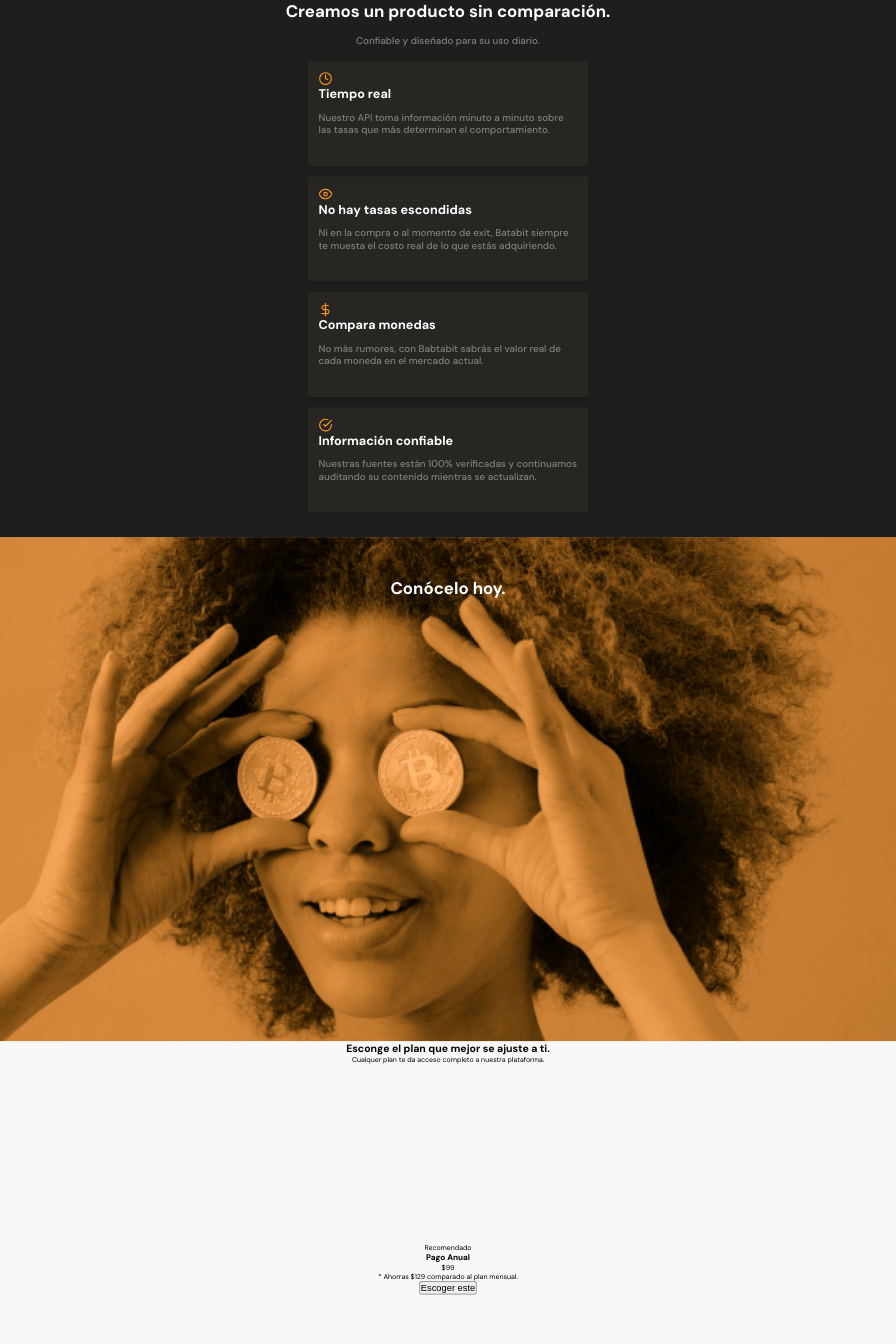
Repository: elto82/mobileFirst
Page: index.html
The author's editor kept a copy of each file at every save. The page is drawn from the files as they stood at one save, then again after the next save.
The browser window is 1280 px wide. The pictures show the part of the page from y = 1215 to 3135 px (the page is 3135 px tall), at 70% of full size.
Some web fonts or font styles are not loaded; a fallback is used.

Above is the page before, as saved 2022-06-08 19:41:07.

After the next save:
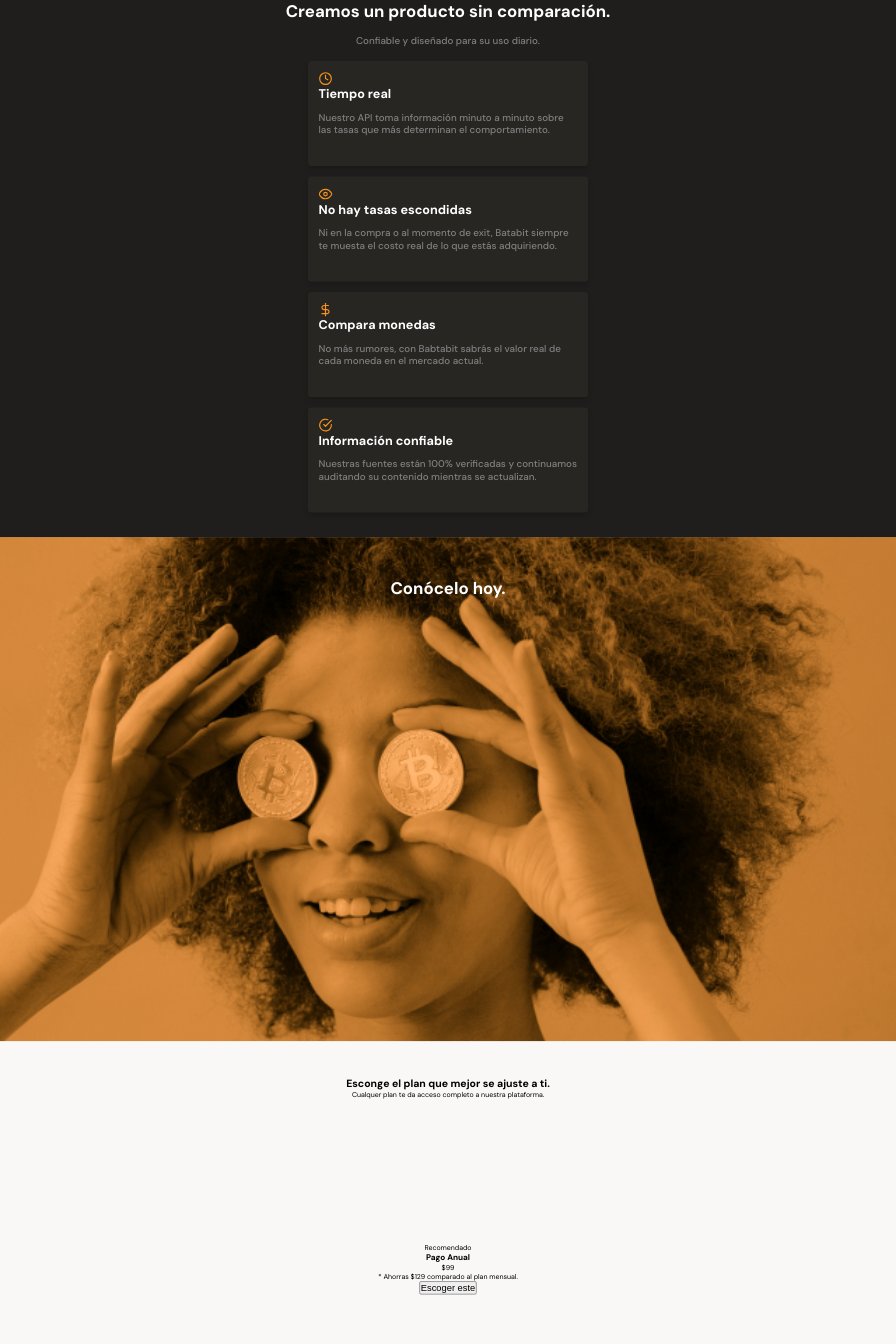
Saved 13 s later.
--- a/style.css
+++ b/style.css
@@ -352,5 +352,5 @@
     margin: 0 auto;
 }
 .plans--title h2{
-
-}
+    padding-top: 5rem;
+}
